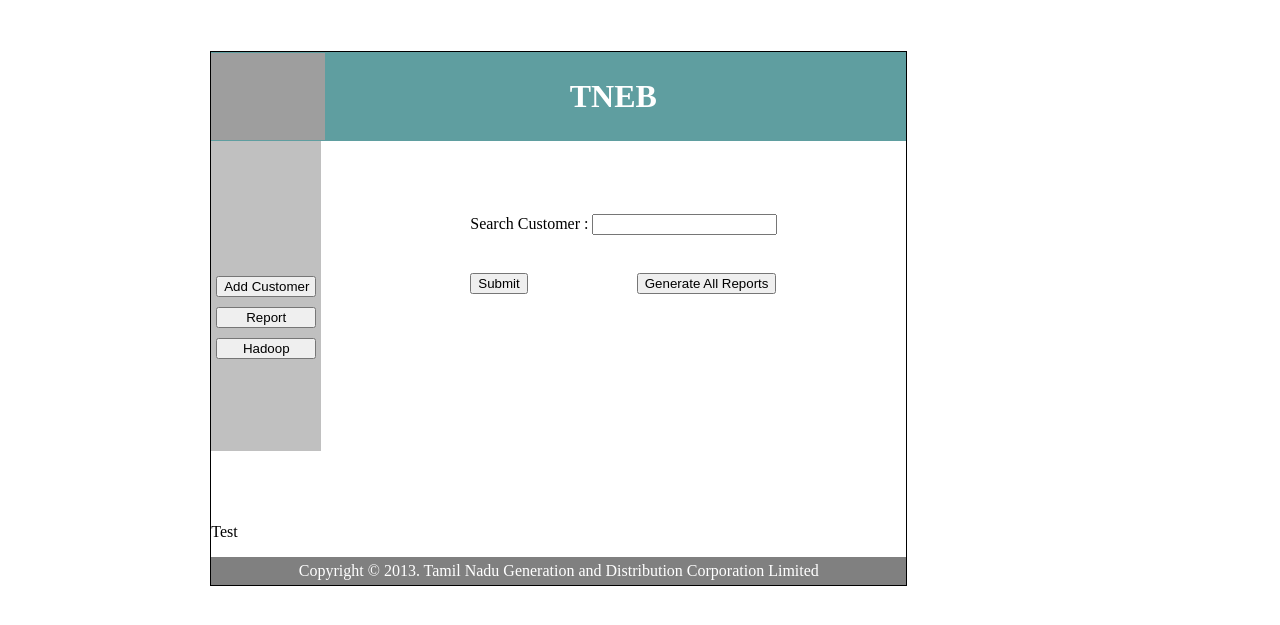
Repository: vjbrocode/Hackathon
Page: http://localhost/TNEB_billing/BillReport.jsp
These files come from the project's save history. The page is drawn as it stood at one moment and after the next save; the edit follows.
The browser window is 1280 px wide. The pictures show the whole page.
Pictures or frames that could not be fetched are drawn as grey boxes. Some web libraries are served in a nearby version. The page is served by Tomcat 9.

Above is the page before, as saved 2015-07-07 09:01:07.

After the next save:
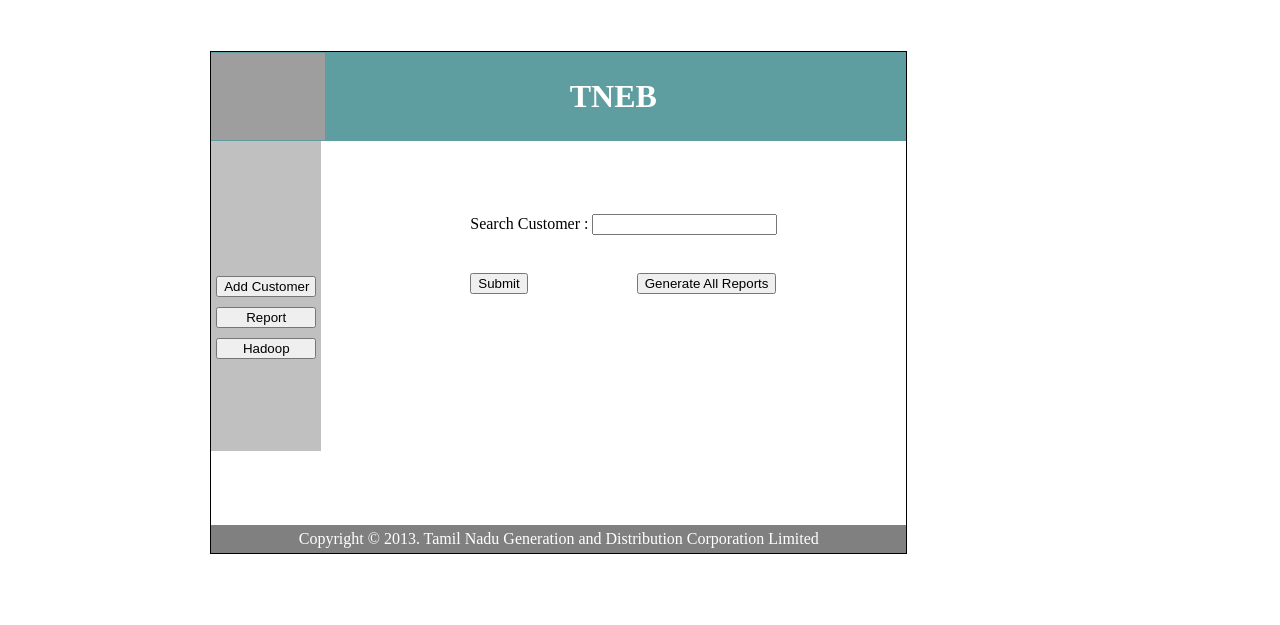
Saved 2 min 38 s later.
--- a/workspace/TNEB billing/WebContent/BillReport.jsp
+++ b/workspace/TNEB billing/WebContent/BillReport.jsp
@@ -89,7 +89,7 @@
  	         <input type="submit" value="Submit" />
   	         <input type="submit" value="Generate All Reports" name="report" style="margin-top: 11%; margin-left: 30%;" />
          </div>
-         <div id="info"><p>Test</p></div>
+         <div id="info"><marquee direction="right">save power, energize the future</marquee></div>
          <div id="footer">
            Copyright © 2013.  Tamil Nadu Generation and Distribution Corporation Limited
          </div>
